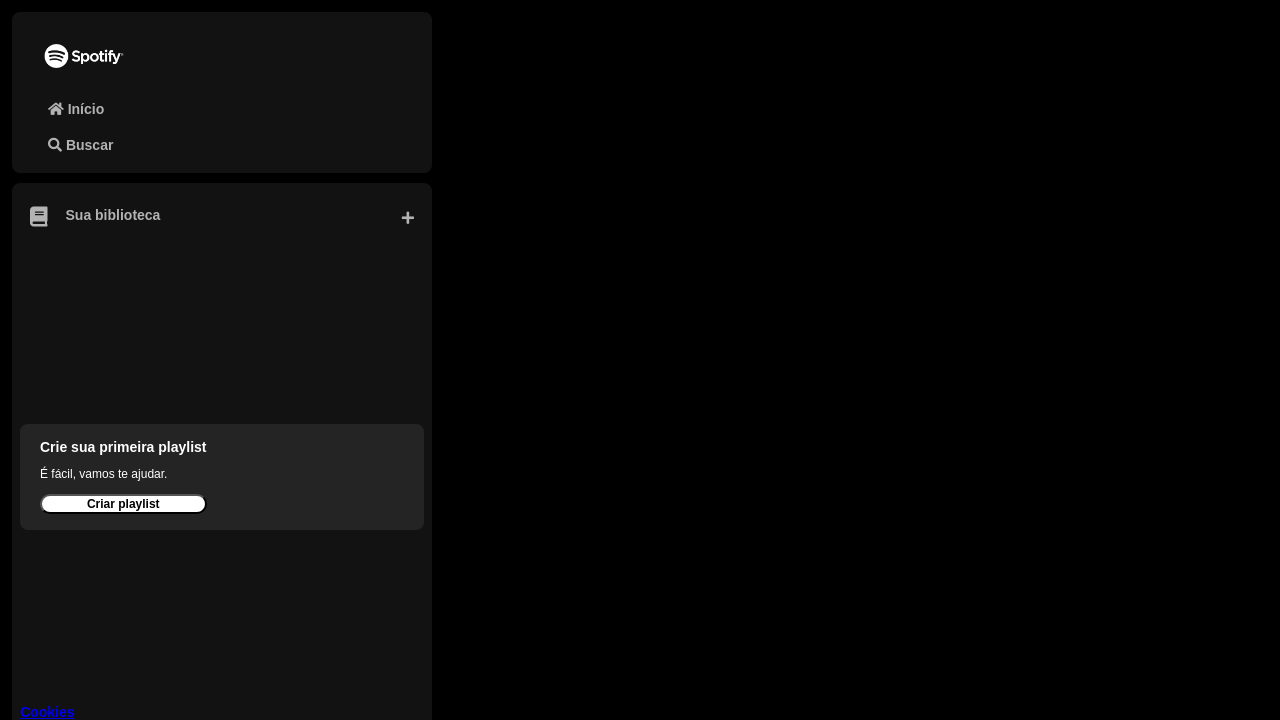
Repository: humbertobrasileiro/spotify
Page: index.html
The author's editor kept a copy of each file at every save. The page is drawn from the files as they stood at one save, then again after the next save.
The browser window is 1280 px wide. The pictures show the whole page.

Above is the page before, as saved 2024-01-23 10:05:06.

After the next save:
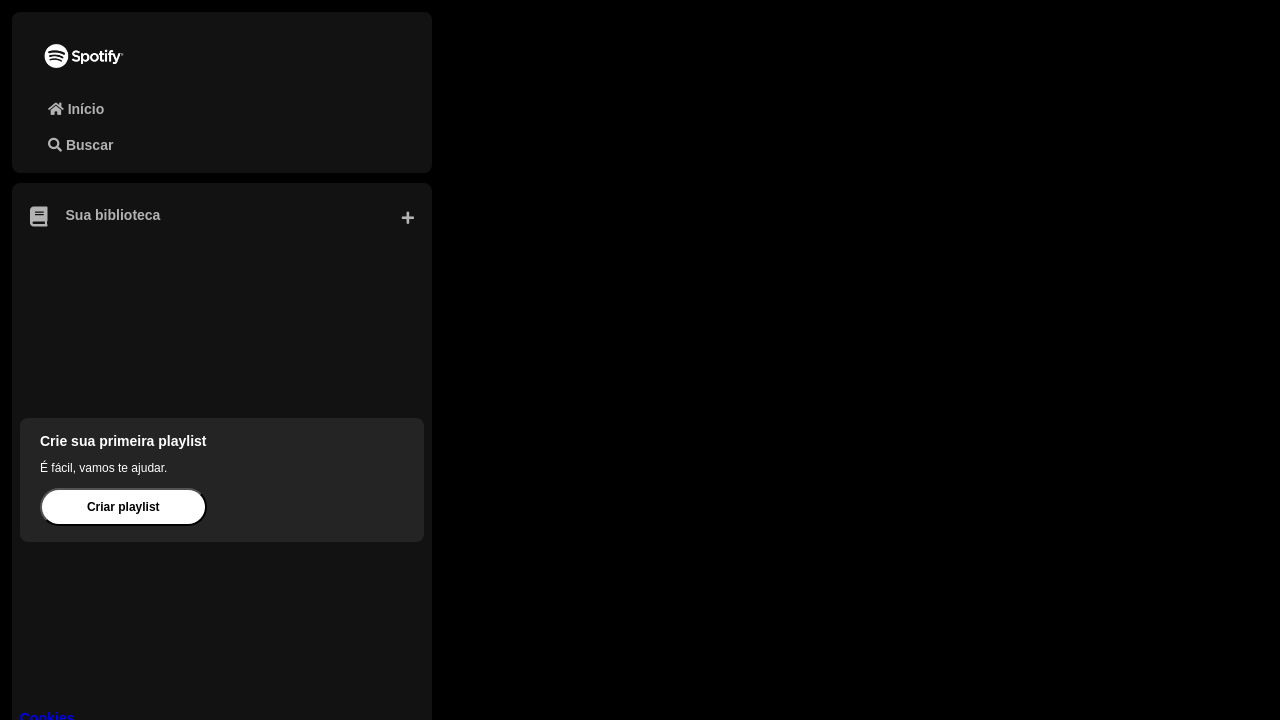
Saved 47 s later.
--- a/styles.css
+++ b/styles.css
@@ -136,6 +136,9 @@
   font-size: 12px;
   font-weight: 700;
   font-family: "DM Sans", sans-serif;
+  text-decoration: none;
+  text-transform: none;
+  padding: 10px;
 }
 
 .playlist span, .cookies span {
